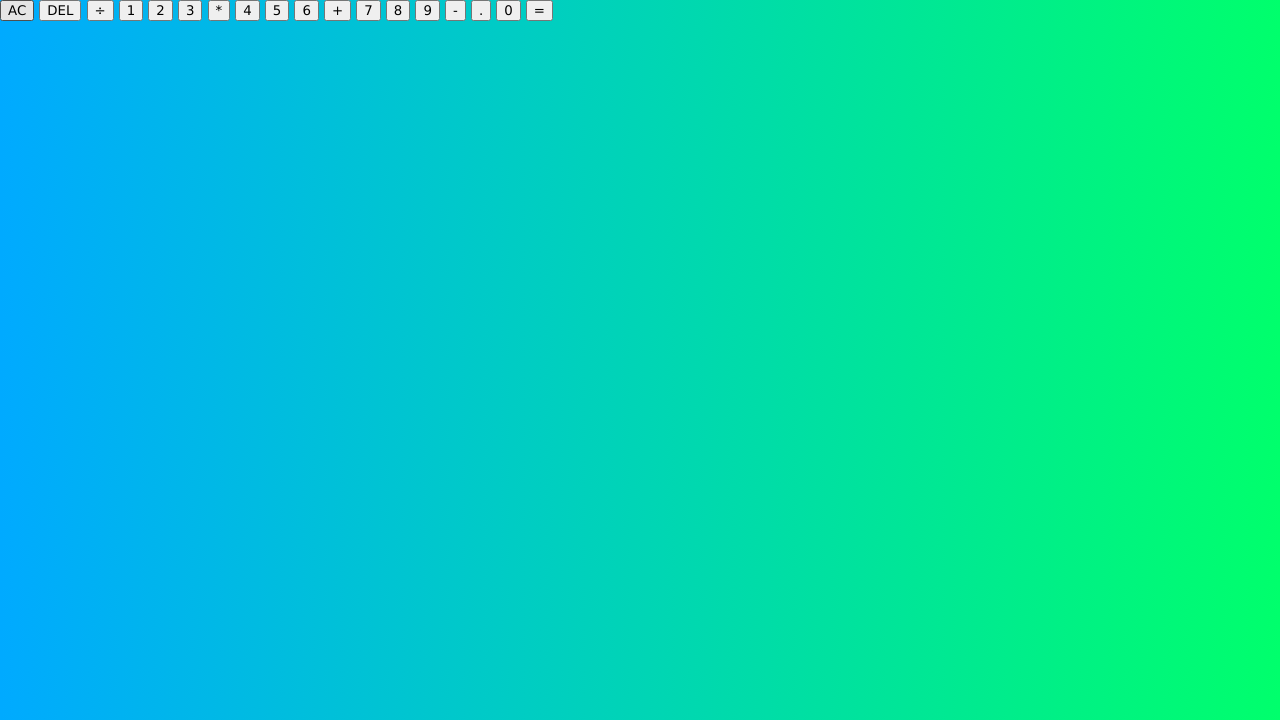
Repository: devkthines/js-calculator
Page: index.html
These files come from the project's save history. The page is drawn as it stood at one moment and after the next save; the edit follows.
The browser window is 1280 px wide. The pictures show the whole page.

Above is the page before, as saved 2023-12-18 21:47:04.

After the next save:
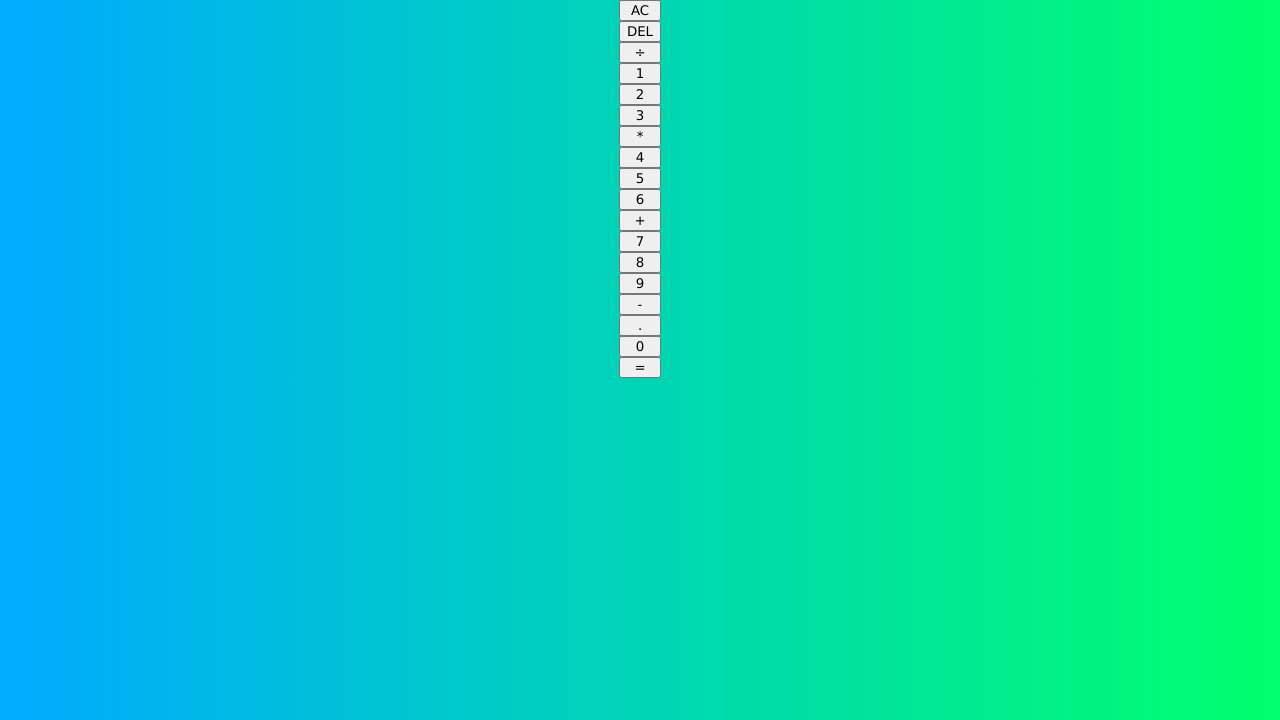
Saved 8 s later.
--- a/styles.css
+++ b/styles.css
@@ -12,4 +12,8 @@ body{
     background: linear-gradient(to right, #00AAFF, #00FF6C);
 }
 
-.calculator-grid
+.calculator-grid{
+    display: grid;
+    justify-content: center;
+    align-items: center;
+}
